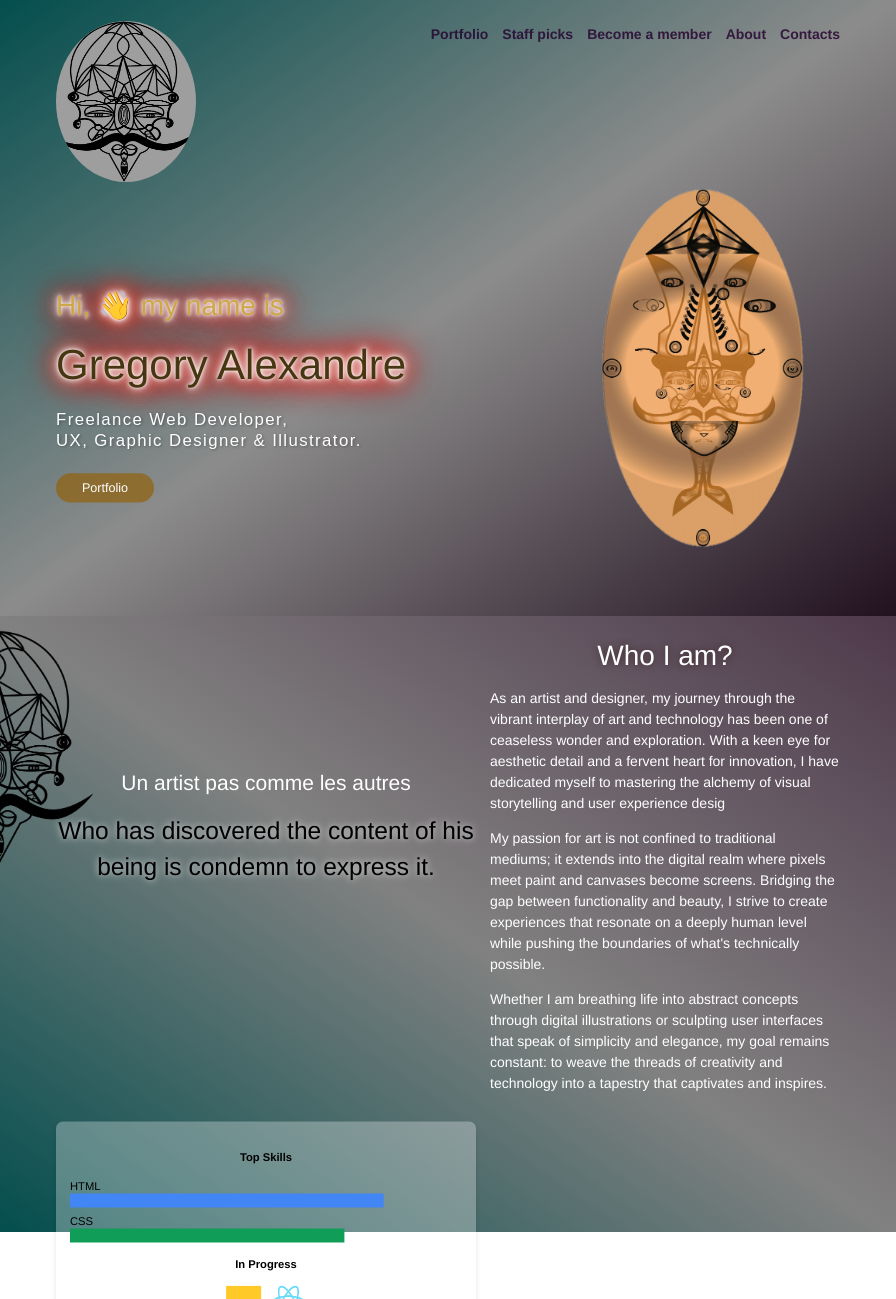
Repository: al-XLeMEsTRE/al-XLeMEsTRE
Page: index.html
These files come from the project's save history. The page is drawn as it stood at one moment and after the next save; the edit follows.
The browser window is 1280 px wide. The pictures show the part of the page from y = 0 to 1856 px (the page is 5520 px tall), at 70% of full size.
Pictures or frames that could not be fetched are drawn as grey boxes. A picture or video elsewhere on the page could not be fetched, so the positions and the page height are approximate.

Above is the page before, as saved 2023-11-23 19:05:47.

After the next save:
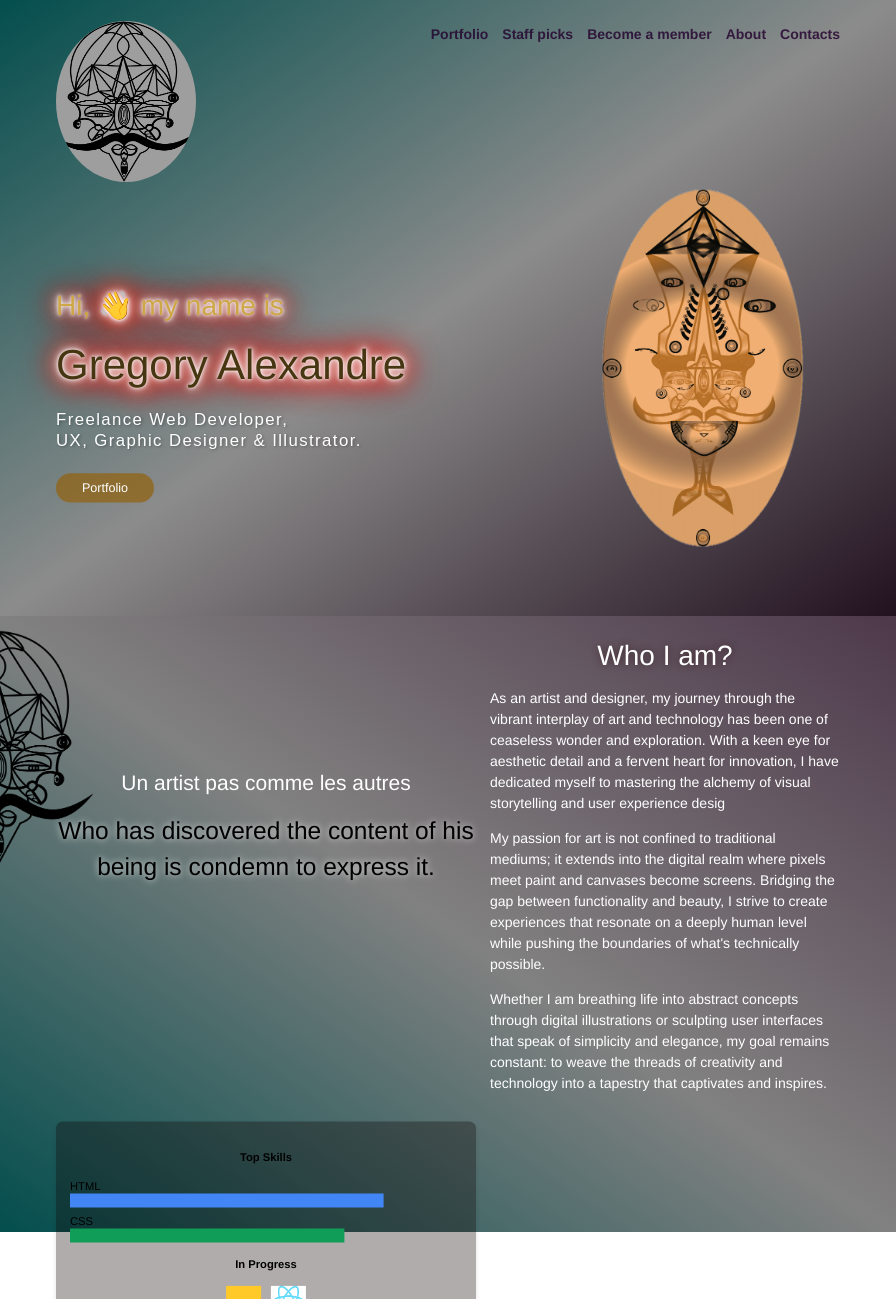
Saved 70 s later.
--- a/style/styles.css
+++ b/style/styles.css
@@ -327,7 +327,7 @@
     grid-column: 1 / -1; /* Span the skills container across all columns */
   }
   padding: 20px;
-  background: #ffffff4b; /* Change to match your design */
+  background: #0d020253; /* Change to match your design */
   border-radius: 10px; /* Optional: adds rounded corners */
   box-shadow: 0 4px 8px rgba(0, 0, 0, 0.1); /* Optional: adds subtle shadow */
   margin-bottom: 20px; /* Space below the skills container */
